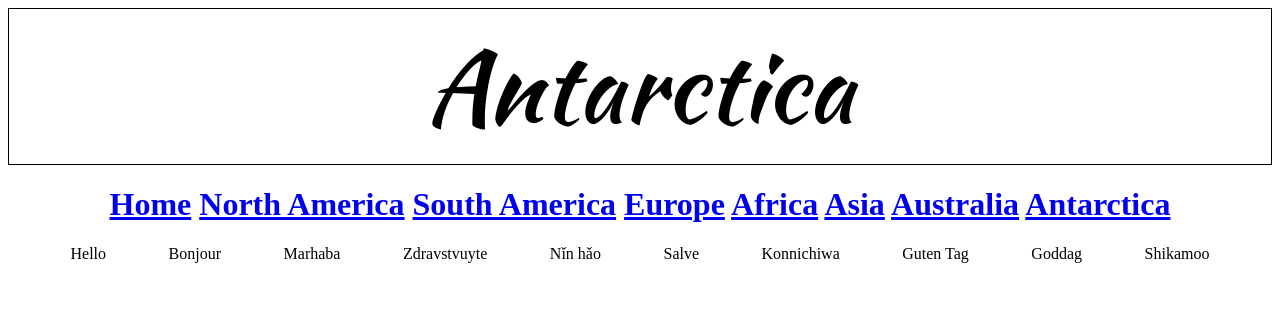
Repository: alharama/StaticWebsite
Page: ant_page.html
An editor plug-in stored every save of this project. The page is shown before and after the next save, followed by the edit.
The browser window is 1280 px wide. The pictures show the whole page.

Above is the page before, as saved 2021-09-20 21:18:07.

After the next save:
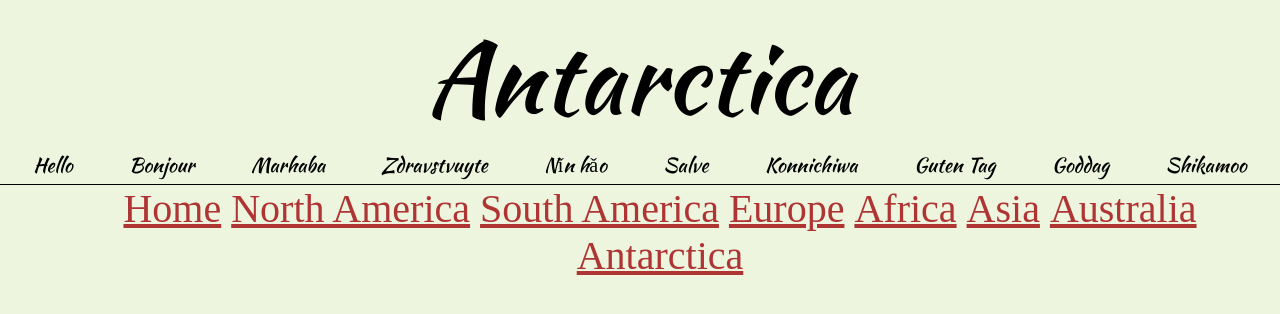
Saved 16 s later.
--- a/ant_page.html
+++ b/ant_page.html
@@ -13,32 +13,49 @@
             padding: 5px;
             font-family: 'Kaushan Script', cursive;
             font-size: 100px;
-            border: 1px solid;
+            border-bottom: 1px solid;
 
         }
 
-        nav:visited{
-            text-decoration: none;
+        body{
+            background: rgb(238, 245, 222);
+            margin: 0px;
         }
 
-        body {
-            display: flex;
-            flex-direction: column;
+        .top_nav {
+            width: 100%;
+            font-size: 40px;
+            text-align: center;
+            color: red;
 
         }
-        h1 {
 
-            text-align: center;
+        .top_nav ul {
+            margin: 0px;
+            color: blue;
+        }
 
+        .top_nav li {
+            display: inline-block;
 
         }
+
+        .top_nav a {
+            text-decoration:underline;
+            color: rgb(175, 52, 52);
+
+        }
+
+        .top_nav a:hover {
+            background-color: lightgray;
+        }
+
 
         #languages{
 
             display: flex;
-            justify-content: space-evenly;
-
-
+            font-size: 20px;
+            justify-content:space-around;
         }
 
 
@@ -48,22 +65,7 @@
 
     <header>
         Antarctica
-    </header>
 
-    <h1>
-        <nav>
-            <a href="/index.html">Home</a>
-            <a href="/na_page.html">North America</a>
-            <a href="/sa_page.html">South America</a>
-            <a href="/eu_page.html">Europe</a>
-            <a href="/af_page.html">Africa</a>
-            <a href="/as_page.html">Asia</a>
-            <a href="/au_page.html">Australia</a>
-            <a href="/ant_page.html">Antarctica</a>
-        </nav>
-    </h1>
-
-    <body>
 
         <div id="languages">
             <span>Hello</span>
@@ -77,6 +79,27 @@
             <span>Goddag</span>
             <span>Shikamoo</span>
         </div>
+    </header>
+
+    <body>
+
+        <nav class="top_nav">
+            <ul id="top_nav">
+                <li><a href="/index.html">Home</a></li>
+                <li><a href="/na_page.html">North America</a></li>
+                <li><a href="/sa_page.html">South America</a></li>
+                <li><a href="/eu_page.html">Europe</a></li>
+                <li><a href="/af_page.html">Africa</a></li>
+                <li><a href="/as_page.html">Asia</a></li>
+                <li><a href="/au_page.html">Australia</a></li>
+                <li><a href="/ant_page.html">Antarctica</a></li>
+            </ul>
+        </nav>
+
+
+
+
+
 
 
 
